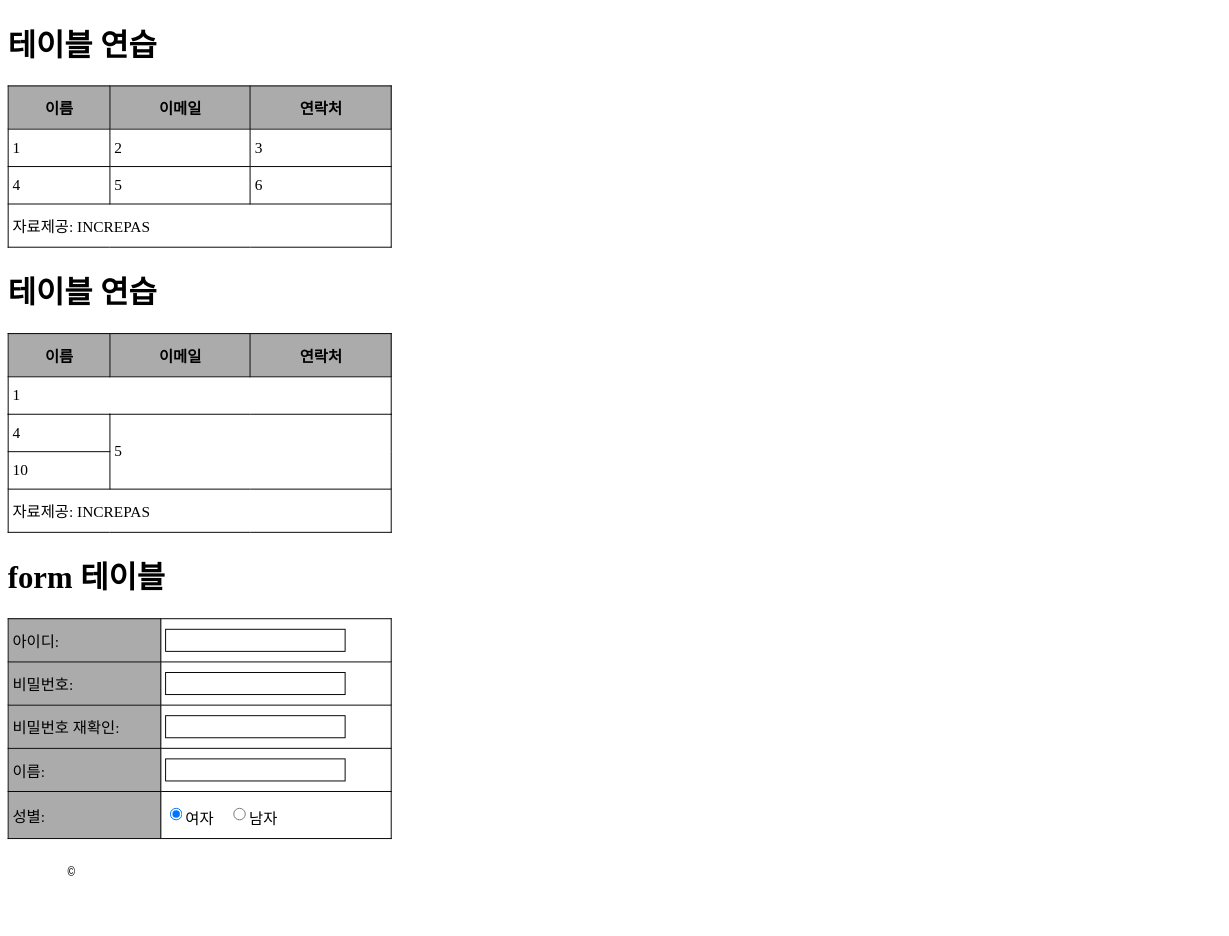
Repository: CHOKIHO/html
Page: work/0109/WebContent/ex2_form_table.html
These files come from the project's save history. The page is drawn as it stood at one moment and after the next save; the edit follows.
The browser window is 1280 px wide. The pictures show the whole page, at 96% of full size.

Above is the page before, as saved 2017-01-09 02:42:37.

After the next save:
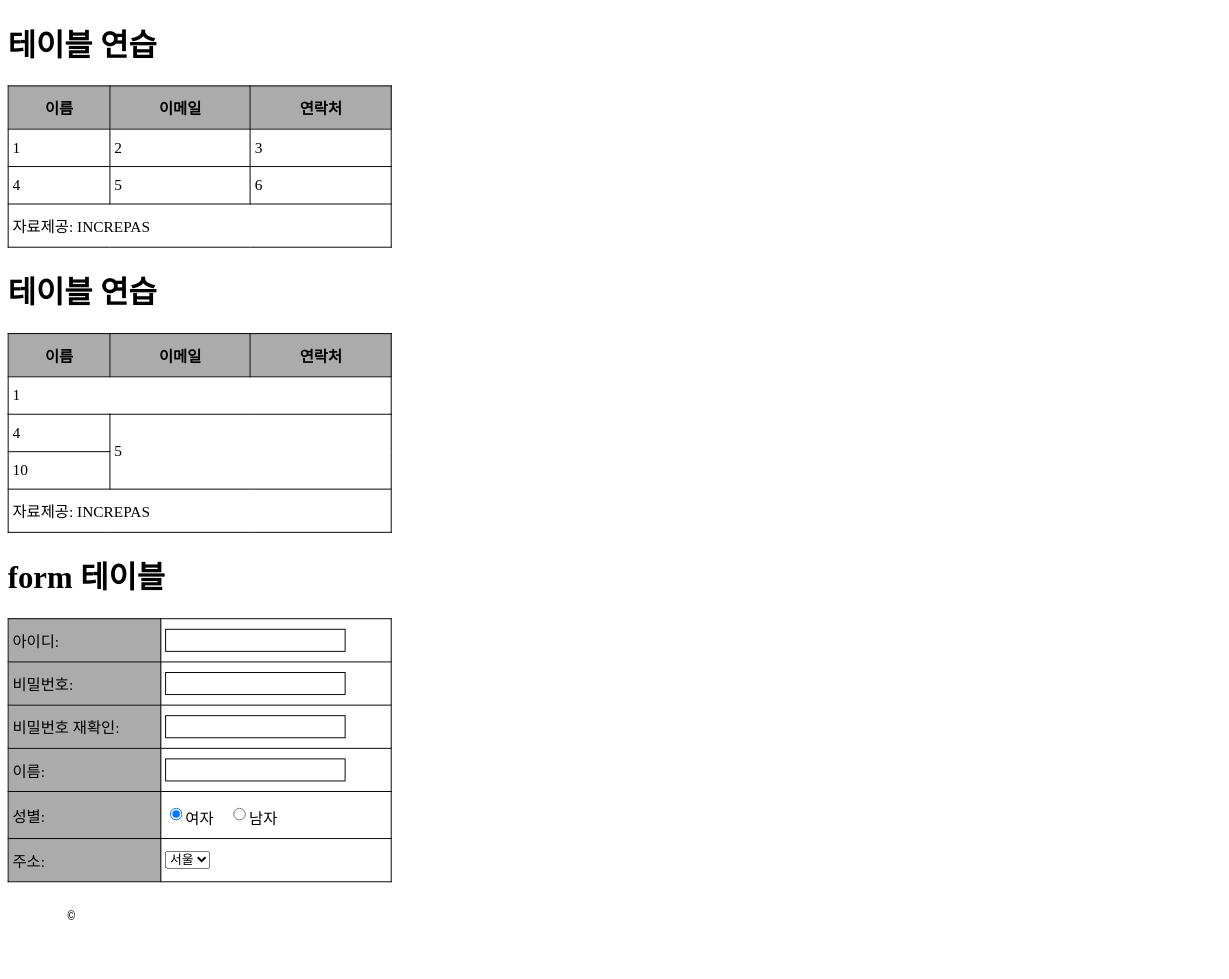
Saved 5 min 36 s later.
--- a/work/0109/WebContent/ex2_form_table.html
+++ b/work/0109/WebContent/ex2_form_table.html
@@ -136,6 +136,17 @@
 						<input type="radio" value="1" name="gender">남자
 					</td>
 				</tr>
+				<tr>
+					<td class="title"><label for="m_gender">주소:</label></td>
+					<td>
+						<select>
+							<option value="서울">서울</option>
+							<option value="수원">수원</option>
+							<option value="인천">인천</option>
+						</select>
+					</td>
+				</tr>
+
 			</tbody>
 		</table>
 	</form>
